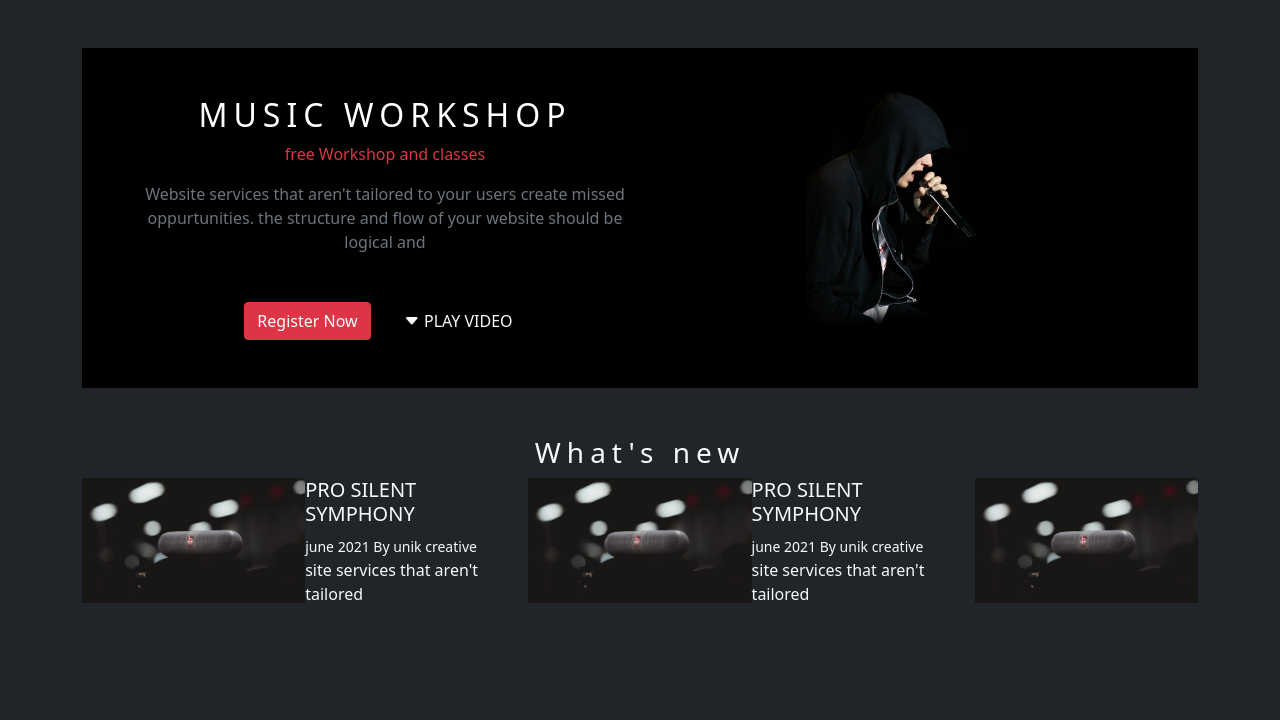
Repository: Eugene44-hub/music-workshop-site
Page: index.html
These files come from the project's save history. The page is drawn as it stood at one moment and after the next save; the edit follows.
The browser window is 1280 px wide. The pictures show the whole page.
Some web libraries are served in a nearby version.

Above is the page before, as saved 2021-10-22 17:12:49.

After the next save:
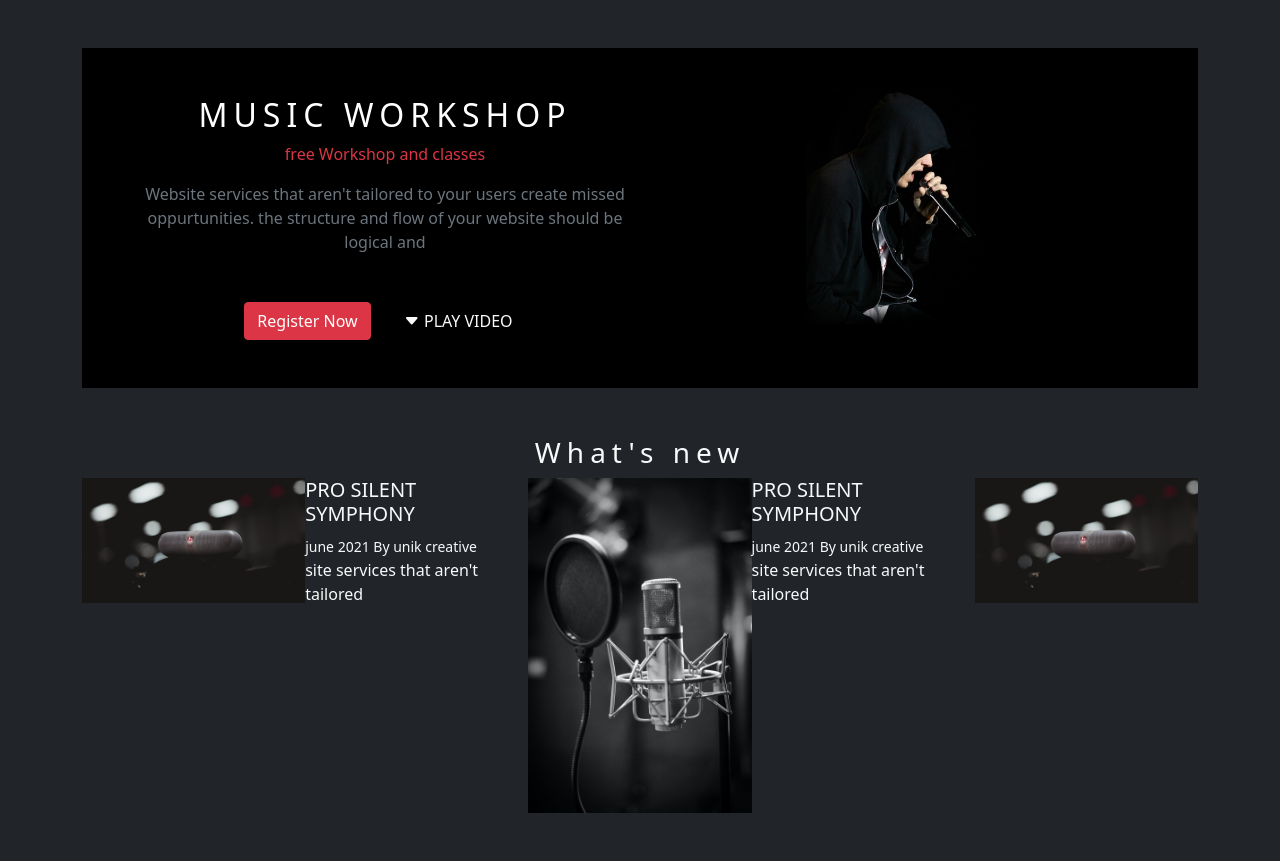
Saved 101 s later.
--- a/index.html
+++ b/index.html
@@ -50,7 +50,7 @@
                     <p class="">site services that aren't tailored</p>
                 </div>
                 <div class="col-md">
-                    <img src="images/speaker.jpg" class="img-fluid" alt="">
+                    <img src="images/microphone.jpg" class="img-fluid" alt="">
                 </div>
                 <div class="col-md py-5 py-lg-0">
                     <h4 class="lead ">
